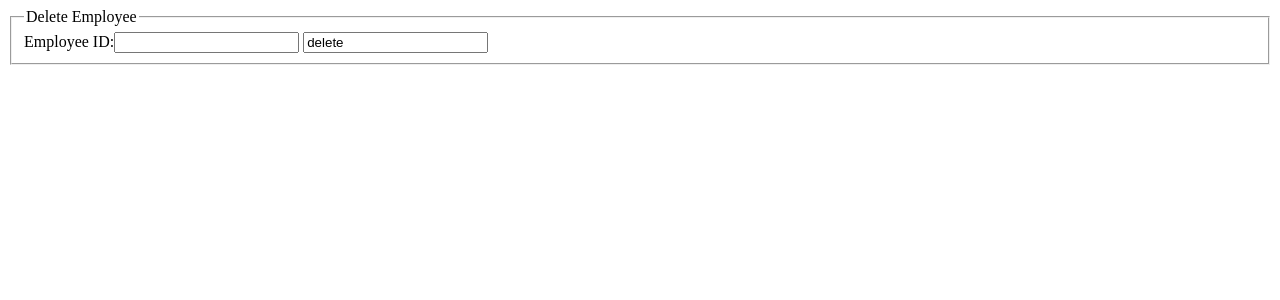
Repository: ramanagouda1001/TY_CG_HTD_BangaloreNovember_JFS_RamanagoudaB
Page: BackEnd/servelet/mywebapp/src/main/webapp/deleteEmpForm.html
These files come from the project's save history. The page is drawn as it stood at one moment and after the next save; the edit follows.
The browser window is 1280 px wide. The pictures show the whole page.

Above is the page before, as saved 2019-12-17 08:03:12.

### BackEnd/servelet/mywebapp/src/main/webapp/deleteEmpForm.html
<!DOCTYPE html>
<html>
<head>
<meta charset="ISO-8859-1">
<title>Insert title here</title>
</head>
<body>
<fieldset>
	<legend>Delete Employee</legend>
	<form action="./deleteEmployee" method="get">
		Employee ID:<input type="number" name="empId" required>
		<input type="sumbit" value="delete">
	</form>
</fieldset>
</body>
</html>

After the next save:
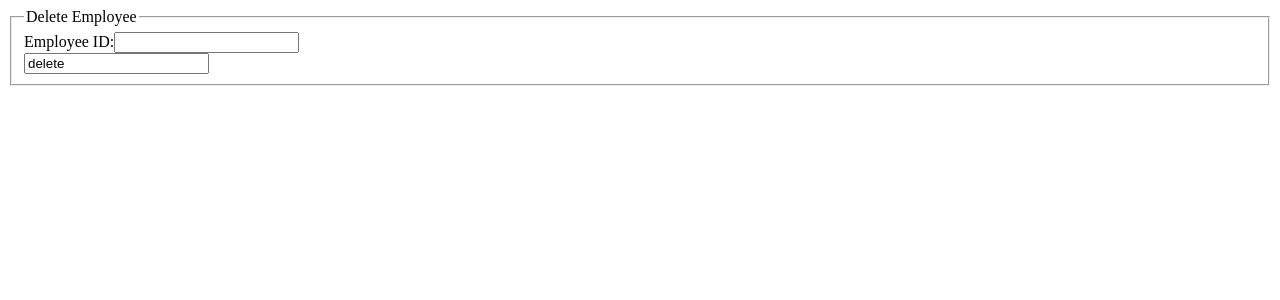
Saved 3 min 40 s later.
--- a/BackEnd/servelet/mywebapp/src/main/webapp/deleteEmpForm.html
+++ b/BackEnd/servelet/mywebapp/src/main/webapp/deleteEmpForm.html
@@ -8,7 +8,8 @@
 <fieldset>
 	<legend>Delete Employee</legend>
 	<form action="./deleteEmployee" method="get">
-		Employee ID:<input type="number" name="empId" required>
+		Employee ID:<input type="number" name="empId" required><br>
+
 		<input type="sumbit" value="delete">
 	</form>
 </fieldset>
